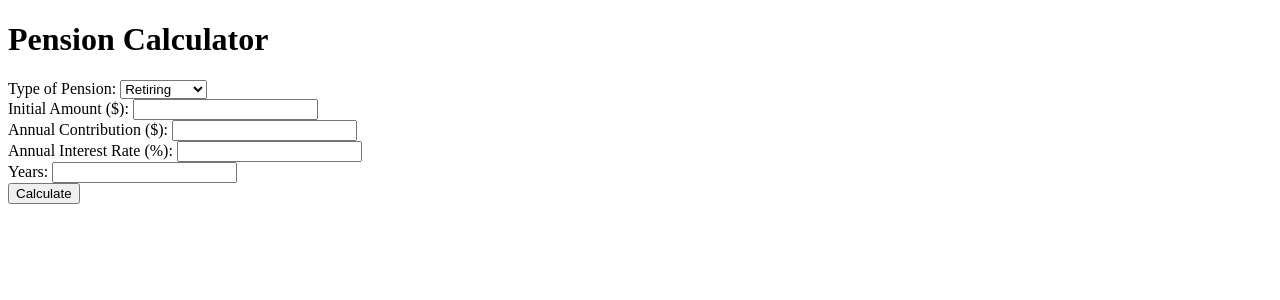
Repository: AQSA-ABDULLAH/RetirementManagmentSystem
Page: RetimentManagmentSystem/src/main/webapp/PensionCalculator.html
These files come from the project's save history. The page is drawn as it stood at one moment and after the next save; the edit follows.
The browser window is 1280 px wide. The pictures show the whole page.

Above is the page before, as saved 2023-08-13 17:43:06.

### RetimentManagmentSystem/src/main/webapp/PensionCalculator.html
<!DOCTYPE html>
<html>
<head>
<meta charset="ISO-8859-1">
<title>Pension Calculator</title>
<script>
  function calculatePension() {
    var initialAmount = parseFloat(document.getElementById('initialAmount').value);
    var annualContribution = parseFloat(document.getElementById('annualContribution').value);
    var interestRate = parseFloat(document.getElementById('interestRate').value) / 100;
    var years = parseInt(document.getElementById('years').value);

    var totalAmount = initialAmount;
    for (var i = 1; i <= years; i++) {
      totalAmount += annualContribution;
      totalAmount *= (1 + interestRate);
    }

    document.getElementById('result').innerHTML = 'Your pension after ' + years + ' years will be: $' + totalAmount.toFixed(2);
  }
</script>
</head>
<body>
  <h1>Pension Calculator</h1>
  <form method="post" action="myservlet">

	  <label for="type">Type of Pension:</label>
        <select id="fruits" name="fruits">
            <option value="apple">Retiring</option>
            <option value="banana">Banana</option>
            <option value="orange">Orange</option>
            <option value="grape">Grape</option>
            <option value="strawberry">Strawberry</option>
        </select>

	  <br>

    <label for="initialAmount">Initial Amount ($):</label>
    <input type="number" id="initialAmount" step="any" required><br>

    <label for="annualContribution">Annual Contribution ($):</label>
    <input type="number" id="annualContribution" step="any" required><br>

    <label for="interestRate">Annual Interest Rate (%):</label>
    <input type="number" id="interestRate" step="any" required><br>

    <label for="years">Years:</label>
    <input type="number" id="years" step="1" required><br>

    <button type="button" onclick="calculatePension()">Calculate</button>
  </form>

  <p id="result"></p>
</body>
</html>

After the next save:
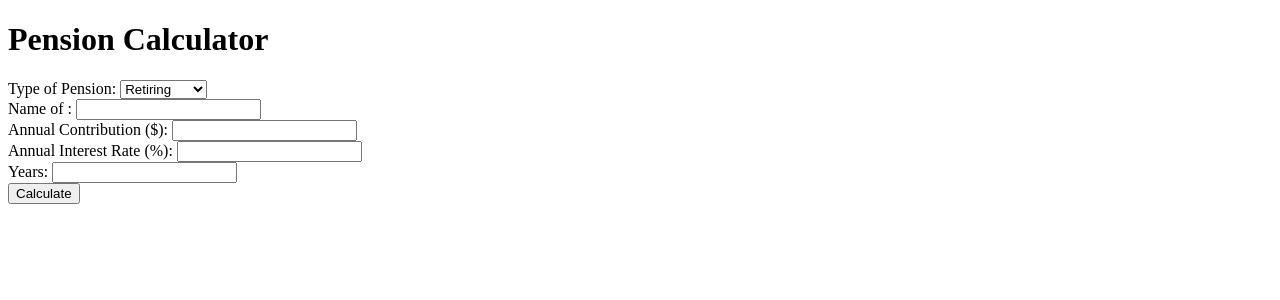
Saved 58 s later.
--- a/RetimentManagmentSystem/src/main/webapp/PensionCalculator.html
+++ b/RetimentManagmentSystem/src/main/webapp/PensionCalculator.html
@@ -35,8 +35,8 @@
 
 	  <br>
 
-    <label for="initialAmount">Initial Amount ($):</label>
-    <input type="number" id="initialAmount" step="any" required><br>
+    <label for="name">Name of :</label>
+    <input type="number" id="name" required><br>
 
     <label for="annualContribution">Annual Contribution ($):</label>
     <input type="number" id="annualContribution" step="any" required><br>
